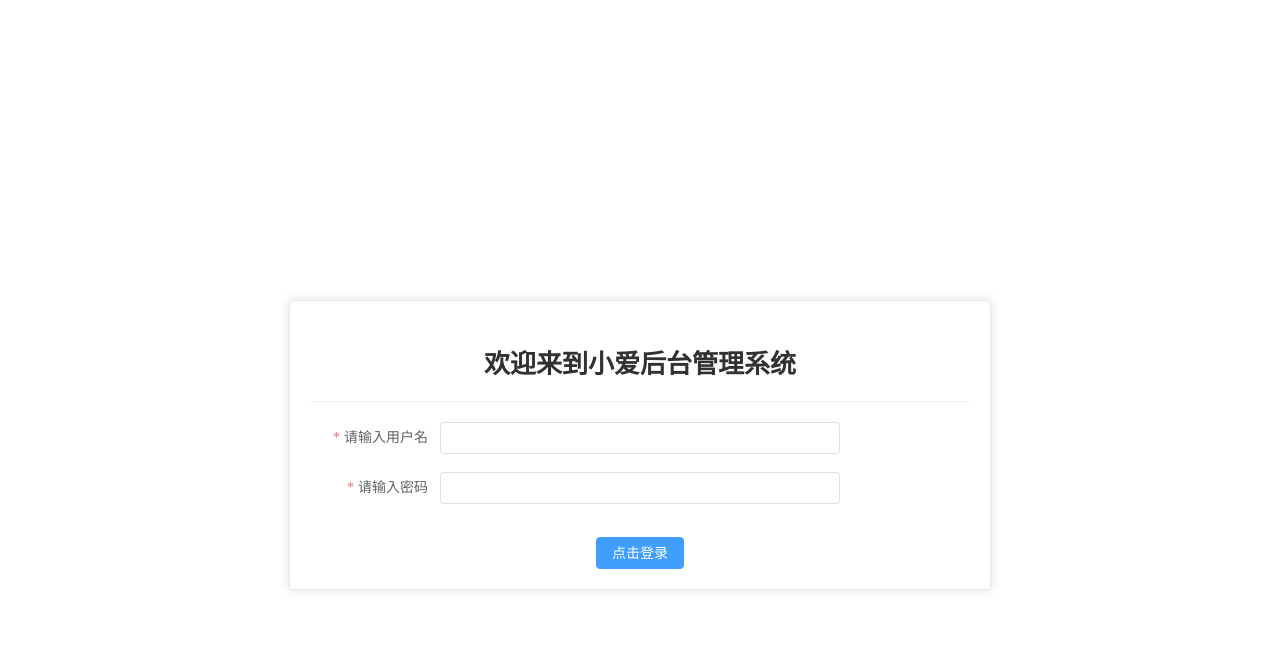
Repository: xinwuhao/CCG
Page: /login
The author's editor kept a copy of each file at every save. The page is drawn from the files as they stood at one save, then again after a run of saves.
The browser window is 1280 px wide. The pictures show the whole page.
The project was rebuilt for these pictures with package versions that can differ from the ones it lists, and the page was loaded fresh each time. Also part of the build but not shown: vite.config.ts, src/components/navHeader/NavHeader.vue, src/components/navLeft/NavLeft.vue, src/views/layout/Layout.vue.

Above is the page before, as saved 2021-09-22 12:00:35.

After the next 6 saves:
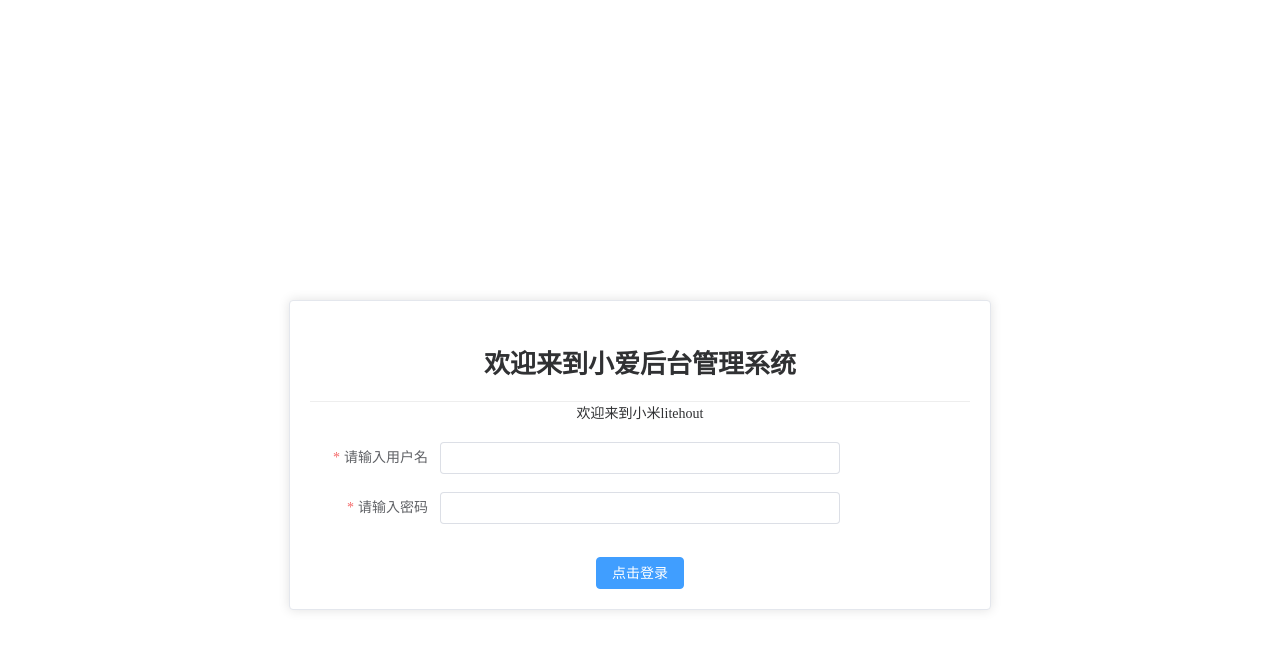
The 6 saves are shown as one change because they came seconds apart.
The last was saved 41 s later.
--- a/src/views/login/login.vue
+++ b/src/views/login/login.vue
@@ -4,7 +4,7 @@
       <div class="text item">
         <div class="fontTile">欢迎来到小爱后台管理系统</div>
         <div class="fonts">
-
+          欢迎来到小米litehout
         </div>
         <!-- 表单 -->
         <div class="urename">
